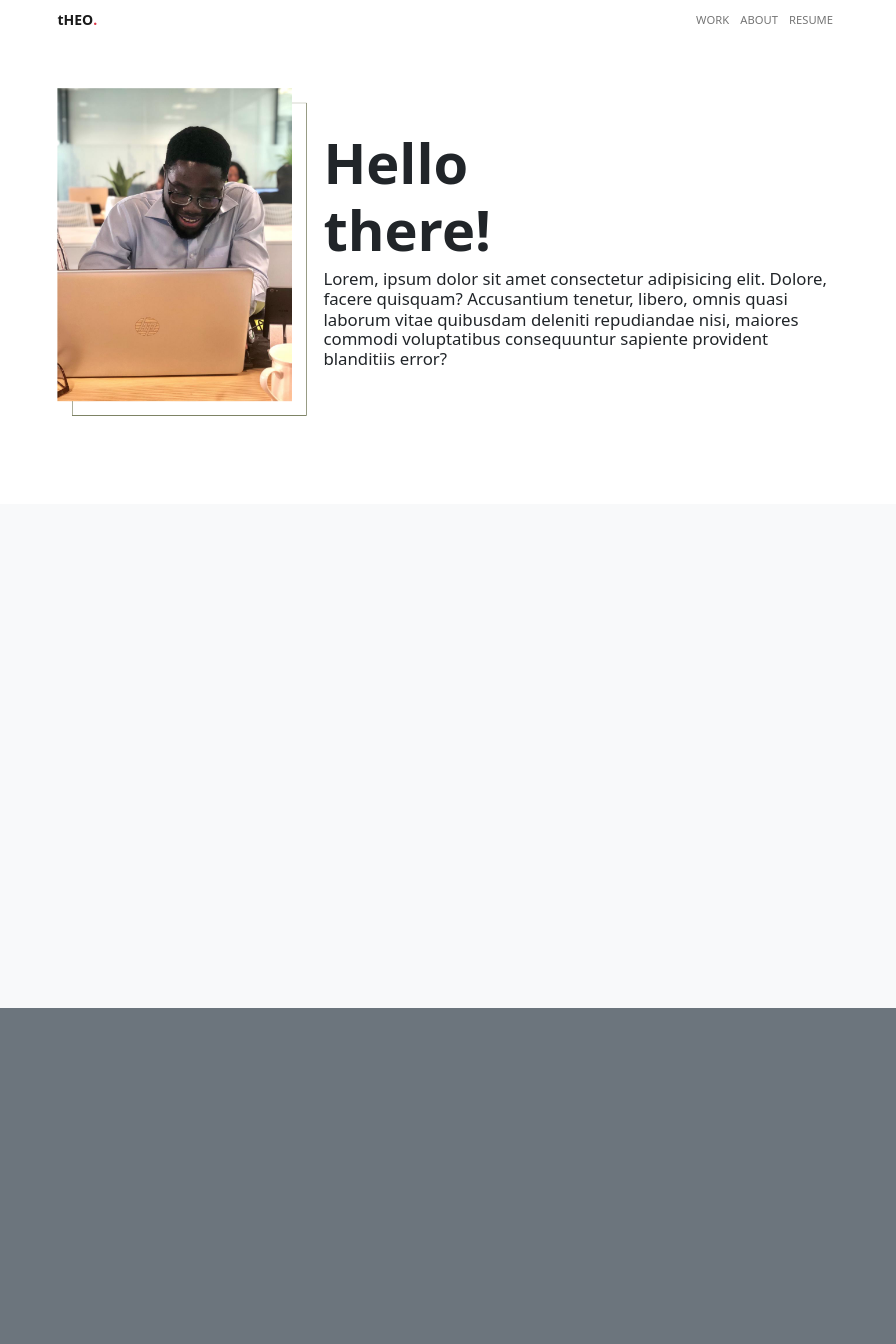
Repository: tHEO2k17/portfolio
Page: /
An editor plug-in stored every save of this project. The page is shown before and after the next save, followed by the edit.
The browser window is 1280 px wide. The pictures show the part of the page from y = 0 to 1920 px (the page is 3000 px tall), at 70% of full size.
The project was rebuilt for these pictures with package versions that can differ from the ones it lists, and the page was loaded fresh each time.

Above is the page before, as saved 2021-07-22 07:30:01.

### public/index.html
<!DOCTYPE html>
<html lang="en">
  <head>
    <meta charset="utf-8" />
    <link rel="icon" href="%PUBLIC_URL%/favicon.ico" />
    <meta name="viewport" content="width=device-width, initial-scale=1" />
    <meta name="theme-color" content="#000000" />
    <meta
      name="description"
      content="Web site created using create-react-app"
    />
    <link rel="apple-touch-icon" href="%PUBLIC_URL%/logo192.png" />
    <link rel="manifest" href="%PUBLIC_URL%/manifest.json" />
    <title>Theophilus Paintsil - Portfolio</title>
  </head>
  <body>
    <noscript>You need to enable JavaScript to run this app.</noscript>
    <div id="root"></div>
  </body>
</html>

### src/index.tsx
import React from 'react';
import ReactDOM from 'react-dom';
import './index.scss';
import App from './presentation/App';

ReactDOM.render(
  <React.StrictMode>
    <App />
  </React.StrictMode>,
  document.getElementById('root')
);

### src/presentation/App.tsx
import React from 'react';
import { Switch, Route, BrowserRouter as Router, } from 'react-router-dom';
import HomePage from './pages/HomePage';

function App() {
  return (
    <Router>
      <Switch>
        <Route exact path="/" component={HomePage} />
      </Switch>
    </Router>
  );
}

export default App;

### src/presentation/pages/HomePage.tsx
import { Col, Container, Nav, Navbar, Row, Image } from "react-bootstrap";

export default function HomePage() {
    return (
        <>
            <Navbar expand="lg" fixed="top" variant="light">
                <Container>
                    <Navbar.Brand href="#home">
                        <span className="fw-bold">tHEO<b className="text-danger">.</b></span>
                    </Navbar.Brand>
                    <Navbar.Toggle />
                    <Navbar.Collapse>
                        <Nav className="ms-auto">
                            <Nav.Link href="#home">WORK</Nav.Link>
                            <Nav.Link href="#home">ABOUT</Nav.Link>
                            <Nav.Link href="#link">RESUME</Nav.Link>
                        </Nav>
                    </Navbar.Collapse>
                </Container>
            </Navbar>

            <header className="min-vh-100">
                <Container>
                    <Row className="align-items-center min-vh-100 my-auto">
                        <Col md="4"> <Image src="assets/images/theo.png" fluid /> </Col>
                        <Col>
                            <h1 className="display-1 fw-bold">Hello <br /> there!</h1>
                            <h4>
                                Lorem, ipsum dolor sit amet consectetur adipisicing elit. Dolore, facere quisquam? Accusantium tenetur, libero, omnis quasi laborum vitae quibusdam deleniti repudiandae nisi, maiores commodi voluptatibus consequuntur sapiente provident blanditiis error?
                            </h4>
                        </Col>
                    </Row>
                </Container>
            </header>

            <section className="bg-light min-vh-100">
                {/* skills and tools */}
            </section>

            <section className="bg-secondary min-vh-100">
                {/* employment history */}
            </section>

            <section className="bg-light min-vh-100">
                {/* work gallery */}
            </section>

            <footer className="bg-dark text-white">
                <Container className="py-5">
                    <Row>
                        <Col>&copy; {new Date().getFullYear()} Theophilus Paintsil. All rights reserved </Col>
                    </Row>
                </Container>
            </footer>

        </>
    );
}

Loaded but not shown: src/index.scss (common file)

After the next save:
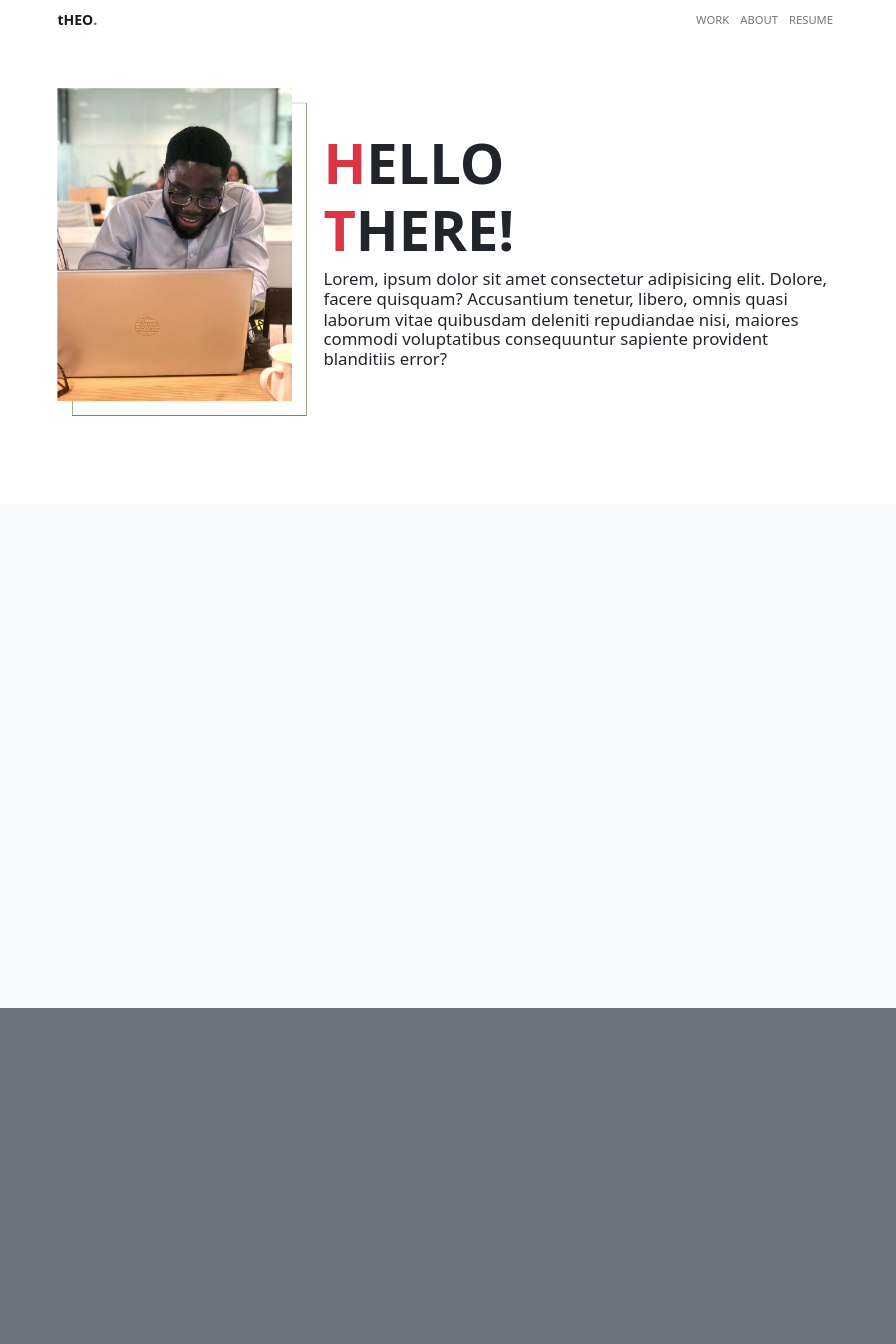
Saved 64 s later.
--- a/src/presentation/pages/HomePage.tsx
+++ b/src/presentation/pages/HomePage.tsx
@@ -24,7 +24,7 @@ export default function HomePage() {
                     <Row className="align-items-center min-vh-100 my-auto">
                         <Col md="4"> <Image src="assets/images/theo.png" fluid /> </Col>
                         <Col>
-                            <h1 className="display-1 fw-bold">Hello <br /> there!</h1>
+                            <h1 className="display-1 fw-bold"><b className="text-danger">H</b>ELLO <br /> <b className="text-danger">T</b>HERE!</h1>
                             <h4>
                                 Lorem, ipsum dolor sit amet consectetur adipisicing elit. Dolore, facere quisquam? Accusantium tenetur, libero, omnis quasi laborum vitae quibusdam deleniti repudiandae nisi, maiores commodi voluptatibus consequuntur sapiente provident blanditiis error?
                             </h4>
